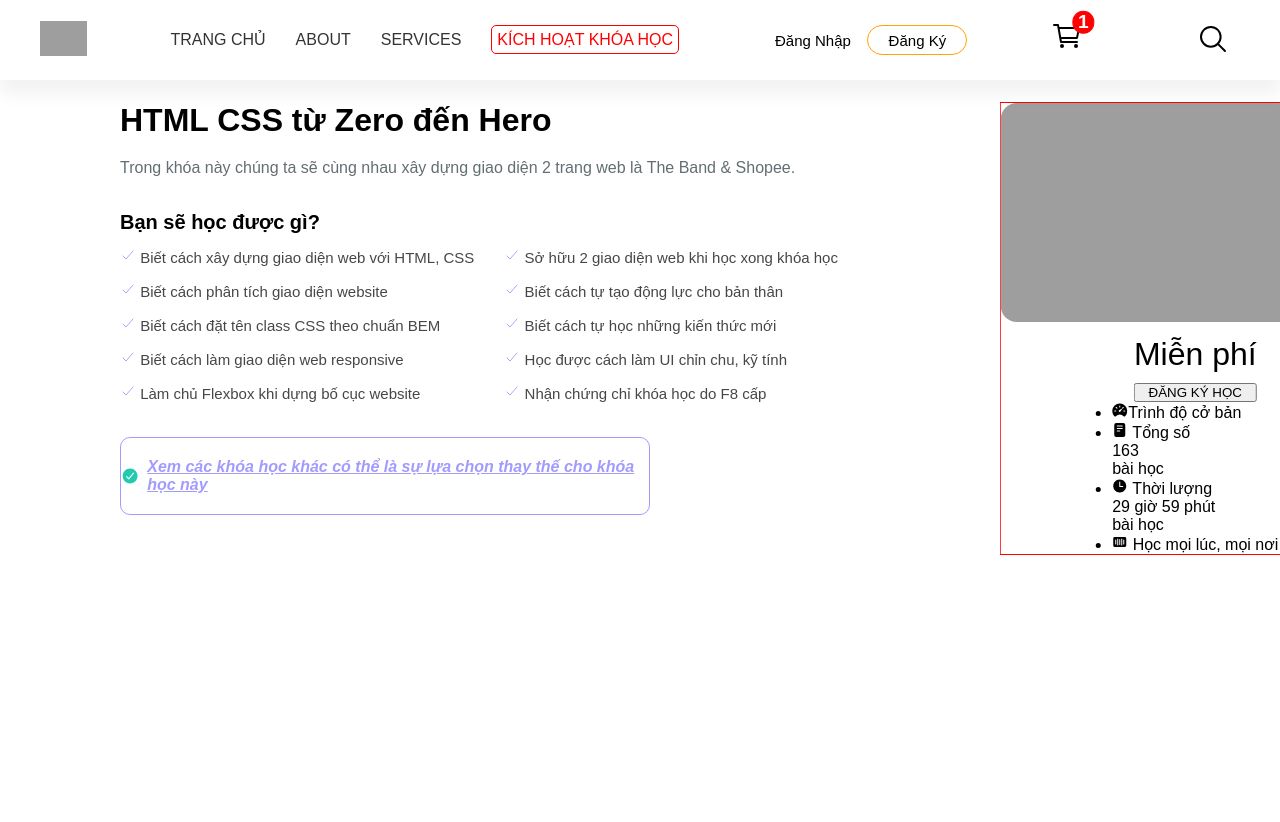
Repository: hoanghuuphuc/hoanghuuphuc
Page: details.html
An editor plug-in stored every save of this project. The page is shown before and after the next save, followed by the edit.
The browser window is 1280 px wide. The pictures show the whole page.
Pictures or frames that could not be fetched are drawn as grey boxes.

Above is the page before, as saved 2022-12-11 22:21:22.
Console error: TypeError: Cannot read properties of null (reading 'addEventListener')

### details.html
<!DOCTYPE html>
<html lang="en">
  <head>
    <meta charset="UTF-8" />
    <meta http-equiv="X-UA-Compatible" content="IE=edge" />
    <meta name="viewport" content="width=device-width, initial-scale=1.0" />
    <title>Product-Details</title>
    <link rel="stylesheet" href="./style.css" />
    <link rel="stylesheet" href="./rps_mobile.css" />
    <link rel="preconnect" href="https://fonts.gstatic.com" />
  </head>
  <body>
    <header>
      <div class="logo">
        <a href="">
          <img id="img" src="./Img/logene.jfif" alt="" />
        </a>
      </div>
      <div class="group">
        <ul class="navigation">
          <li><a href="">Trang Chủ</a></li>
          <li><a href="">About</a></li>
          <li><a href="">Services</a></li>
          <li><a id="active" href="">Kích Hoạt Khóa Học</a></li>
        </ul>
      </div>
      <div class="User">
        <div class="but">
          <button>Đăng Nhập</button>
          <button>Đăng Ký</button>
        </div>
      </div>
      <div class="icons">
        <ion-icon name="cart-outline"></ion-icon>
        <span>1</span>
      </div>
      <div class="search">
        <span class="icon">
          <ion-icon name="search-outline" class="searchBtn"></ion-icon>
          <ion-icon name="close-outline" class="closeBtn"></ion-icon>
        </span>
      </div>
      <ion-icon name="menu-outline" class="menuToggle"></ion-icon>
      <div class="searchBox">
        <input type="text" placeholder="Search here . . ." />
      </div>
    </header>
    <div class="details-section">
      <div class="details-left">
        <div class="details-left-name">
          <h1>HTML CSS từ Zero đến Hero</h1>
          <span
            >Trong khóa này chúng ta sẽ cùng nhau xây dựng giao diện 2 trang web
            là The Band & Shopee.</span
          >
        </div>
        <span class="bonus">Bạn sẽ học được gì?</span>
        <div class="details-left-content">
          <ul>
            <li>
              <ion-icon name="checkmark-outline"></ion-icon>
              Biết cách xây dựng giao diện web với HTML, CSS
            </li>
            <li>
              <ion-icon name="checkmark-outline"></ion-icon>
              Biết cách phân tích giao diện website
            </li>
            <li>
              <ion-icon name="checkmark-outline"></ion-icon>
              Biết cách đặt tên class CSS theo chuẩn BEM
            </li>
            <li>
              <ion-icon name="checkmark-outline"></ion-icon>
              Biết cách làm giao diện web responsive
            </li>
            <li>
              <ion-icon name="checkmark-outline"></ion-icon>
              Làm chủ Flexbox khi dựng bố cục website
            </li>
          </ul>
          <ul>
            <li>
              <ion-icon name="checkmark-outline"></ion-icon>
              Sở hữu 2 giao diện web khi học xong khóa học
            </li>
            <li>
              <ion-icon name="checkmark-outline"></ion-icon>
              Biết cách tự tạo động lực cho bản thân
            </li>
            <li>
              <ion-icon name="checkmark-outline"></ion-icon>
              Biết cách tự học những kiến thức mới
            </li>
            <li>
              <ion-icon name="checkmark-outline"></ion-icon>
              Học được cách làm UI chỉn chu, kỹ tính
            </li>
            <li>
              <ion-icon name="checkmark-outline"></ion-icon>
              Nhận chứng chỉ khóa học do F8 cấp
            </li>
          </ul>
        </div>
        <div class="details-left-tag">
          <ion-icon name="checkmark-circle"></ion-icon>
          <a href="#">
            Xem các khóa học khác có thể là sự lựa chọn thay thế cho khóa học
            này
          </a>
        </div>
      </div>
      <div class="details-right">
        <div class="details-right-video">
          <iframe
            width="389"
            height="219"
            src="https://www.youtube.com/embed/YTDHcEJs684"
            title="YouTube video player"
            frameborder="0"
            allow="accelerometer; autoplay; clipboard-write; encrypted-media; gyroscope; picture-in-picture"
            allowfullscreen></iframe>
        </div>
        <div class="details-right-content1">
          <span>Miễn phí</span>
          <button>ĐĂNG KÝ HỌC</button>
        </div>
        <div class="details-right-content2">
          <ul>
            <li>
              <ion-icon name="speedometer"></ion-icon
              ><span>Trình độ cở bản</span>
            </li>
            <li>
              <ion-icon name="reader"></ion-icon>
              <span
                >Tổng số
                <p>163</p>
                bài học</span
              >
            </li>
            <li>
              <ion-icon name="time"></ion-icon>
              <span
                ><span
                  >Thời lượng
                  <p>29 giờ 59 phút</p>
                  bài học</span
                ></span
              >
            </li>
            <li>
              <ion-icon name="barcode"></ion-icon
              ><span> Học mọi lúc, mọi nơi </span>
            </li>
          </ul>
        </div>
      </div>
    </div>

    <script src="./app.js"></script>
    <script
      type="module"
      src="https://unpkg.com/ionicons@5.5.2/dist/ionicons/ionicons.esm.js"></script>
    <script
      nomodule
      src="https://unpkg.com/ionicons@5.5.2/dist/ionicons/ionicons.js"></script>
  </body>
</html>

### style.css
* {
  margin: 0;
  padding: 0;
  box-sizing: border-box;
  font-family: "Poppins", sans-serif;
}
body {
  min-height: 100vh;
  overflow-x: hidden;
}
header {
  position: absolute;
  position: fixed;
  z-index: 100;
  top: 0;
  left: 0;
  width: 100%;
  height: 80px;
  background: #fff;
  padding: 20px 40px;
  display: flex;
  justify-content: space-between;
  align-items: center;
  box-shadow: 0px 15px 15px rgba(0, 0, 0, 0.05);
}
.logo img {
  height: 35px;
}
.group {
  display: flex;
  align-items: center;
}
header ul {
  position: relative;
  display: flex;
  gap: 30px;
}
header ul li {
  list-style: none;
}
header ul li a {
  position: relative;
  text-decoration: none;
  font-size: 1em;
  color: #333;
  text-transform: uppercase;
}
header ul li #active {
  border: 1px solid red;
  padding: 5px;
  color: red;
  border-radius: 5px;
}
header ul li a::before {
  content: "";
  position: absolute;
  bottom: -2px;
  width: 100%;
  height: 2px;
  background: #333;
  transform: scaleX(0);
  transition: transform 0.5s ease-in-out;
  transform-origin: right;
}
header ul li a:hover {
  opacity: 0.5;
}
header .User {
  display: flex;
  align-items: center;
}
header .User .but button:nth-child(1) {
  color: #000;
  font-size: 15px;
  height: 30px;
  width: 100px;
  outline: none;
  border: none;
  background: #fff;
}
header .User .but button:nth-child(2) {
  color: #000;
  font-size: 15px;
  height: 30px;
  width: 100px;
  border: 1px solid orange;
  background: #fff;
  border-radius: 15px;
}
header .User .but button:hover {
  opacity: 0.5;
}
header .icons {
  font-size: 2em;
  position: relative;
}
header .icons span {
  position: absolute;
  top: 0%;
  right: 0%;
  line-height: 5%;
  margin-bottom: 50px;
  font-size: 60%;
  color: #fff;
  border: 1px solid red;
  background: red;
  padding: 10px 5px 10px 5px;
  text-align: center;
  font-family: Arial, Helvetica, sans-serif;
  transform: translateX(50%) translateY(-40%);
  border-radius: 100%;
  font-weight: bold;
}
header .search {
  position: relative;
  display: flex;
  justify-content: center;
  align-items: center;
  font-size: 2em;
  z-index: 10;
  cursor: pointer;
}
.searchBox {
  position: absolute;
  right: -100%;
  width: 100%;
  height: 100%;
  display: flex;
  background: #fff;
  align-items: center;
  padding: 0 30px;
  transition: 0.5s ease-in-out;
}
.searchBox.active {
  right: 0;
}
.searchBox input {
  width: 100%;
  border: none;
  outline: none;
  height: 50px;
  color: #333;
  font-size: 1.25em;
  background: #fff;
  border-bottom: 1px solid rgba(0, 0, 0, 0.5);
}
.searchBtn {
  position: relative;
  left: 30px;
  top: 2.5px;
  transition: 0.5s ease-in-out;
}
.searchBtn.active {
  left: 0;
}
.closeBtn {
  opacity: 0;
  visibility: hidden;
  transition: 0.5s;
  scale: 0;
}
.closeBtn.active {
  opacity: 1;
  visibility: visible;
  transition: 0.5s;
  scale: 1;
}
.menuToggle {
  position: relative;
  display: none;
  left: 0;
}
.banner img {
  background-repeat: no-repeat;
  background-size: cover;
  margin-top: 4%;
}
.content {
  display: flex;
  flex-direction: row;
  margin-top: 50px;
  user-select: none;
  justify-content: center;
}
.content .content-1 {
  background-color: black;
  height: 2px;
  width: 200px;
}
.content .content-2 {
  font-size: 30px;
  font-family: "Segoe UI", Tahoma, Geneva, Verdana, sans-serif;
  font-weight: 600;
  padding: 10px;
  margin-top: -32px;
}
.content .content-3 {
  background-color: black;
  height: 2px;
  width: 200px;
}
.boxs {
  display: flex;
  justify-content: center;
  flex-wrap: wrap;
}
.box {
  margin-top: 10px;
  padding: 20px;
  margin: 10px;
  background: #f0f0f0;
  border-radius: 15px;
}
.box-image img {
  height: 250px;
  border-radius: 5%;
}
.box-content .box-name {
  display: flex;
  justify-content: center;
  align-items: center;
  padding: 10px;
}
.box-content .box-name span {
  font-weight: 700;
  margin-right: 5px;
  font-size: 20px;
  font-family: "Segoe UI", Tahoma, Geneva, Verdana, sans-serif;
  overflow: hidden;
  text-overflow: ellipsis;
  white-space: nowrap;
  width: 200px;
  text-align: center;
}
.box-content .box-price {
  display: flex;
  flex-direction: column;
  justify-content: center;
  padding: 5px 10px 10px 10px;
}
.box-content .box-price .price {
  padding: 0px 10px 10px 10px;
}
.price {
  overflow: hidden;
  text-overflow: ellipsis;
  white-space: nowrap;
  width: 210px;
}
.box-content .box-price .price span {
  font-size: 18px;
  font-weight: 500;
}
.box-content .box-price .price a {
  font-weight: 600;
}
.sale {
  overflow: hidden;
  text-overflow: ellipsis;
  white-space: nowrap;
  width: 210px;
}
.box-content .box-price .sale {
  padding: 0px 10px 0px 10px;
}
.box-content .box-price .sale span {
  font-size: 18px;
}
.box-content .box-price .sale a {
  font-size: 18px;
  color: red;
  font-weight: bold;
  text-decoration: none;
}
.box-btn {
  display: flex;
  justify-content: space-between;
  align-items: center;
  border-top: 1px solid #c0c0c0;
}
.box-btn button {
  padding: 5px 20px;
  font-size: 16px;
  font-weight: 500;
  font-family: "Lucida Sans", "Lucida Sans Regular", "Lucida Grande",
    "Lucida Sans Unicode", Geneva, Verdana, sans-serif;
  color: orangered;
  border: 1px solid orangered;
  border-radius: 5px;
  margin-top: 15px;
}
.box-btn button:hover {
  opacity: 0.5;
}
.box-btn ion-icon {
  font-size: 25px;
  font-weight: 500;
  color: orangered;
  margin-top: 15px;
  font-weight: 300;
}
.box-btn ion-icon:hover {
  opacity: 0.5;
}
.title {
  padding: 20px 0px 20px 150px;
}
.title span {
  font-size: 18px;
}
.tabs {
  display: flex;
  justify-content: flex-start;
  padding: 10px 150px 0px 150px;
  flex-wrap: wrap;
}
.tabs .tab-item {
  margin: 0px 0px 0px 5px;
}
.tabs .line {
  position: absolute;
  left: 0;
  bottom: 0;
  width: 0;
  height: 6px;
  border-radius: 15px;
  transition: all 0.2s ease;
}
.tab-item {
  min-width: 80px;
  padding: 5px 10px;
  font-size: 20px;
  text-align: center;
  color: #181821;
  background-color: #dee1e2;
  border-top-left-radius: 5px;
  border-top-right-radius: 5px;
  border-bottom: 5px solid transparent;
  opacity: 0.6;
  cursor: pointer;
  transition: all 0.5s ease;
  display: flex;
  justify-content: center;
  align-items: center;
  border-bottom: 2px solid #000;
}
.tab-icon {
  font-size: 24px;
  position: relative;
}
.tab-item:hover {
  opacity: 1;
  background-color: rgba(194, 53, 100, 0.05);
  border-color: rgba(194, 53, 100, 0.1);
}
.tab-item.active {
  opacity: 1;
  color: #ff4500;
  font-weight: 500;
  border-bottom: 2px solid #ff4500;
}
.tab-content {
  padding: 28px 0px 0px 150px;
}
.tab-pane {
  color: #333;
  display: none;
}
.tab-pane.active {
  display: block;
}
.tab-pane h2 {
  font-size: 24px;
  margin-bottom: 8px;
}
.boxeds {
  display: flex;
  flex-wrap: wrap;
}
.boxed {
  margin-top: 10px;
  padding: 20px;
  margin: 20px 20px 10px 0px;
  background: #f0f0f0;
  border-radius: 15px;
}
.boxed-image img {
  height: 250px;
  width: auto;
  border-radius: 10px;
  overflow: hidden;
  object-fit: cover;
}
.boxed-content .boxed-content-name {
  display: flex;
  justify-content: center;
  align-items: center;
  padding: 10px;
}
.boxed-content-name span {
  font-weight: 600;
  margin-right: 5px;
  font-size: 20px;
  font-family: "Segoe UI", Tahoma, Geneva, Verdana, sans-serif;
  overflow: hidden;
  text-overflow: ellipsis;
  white-space: nowrap;
  width: 200px;
  text-align: center;
  font-weight: 700;
}
.boxed-content-price {
  padding: 5px 10px 10px 10px;
}
.boxed-content-price1 span {
  font-size: 18px;
  font-weight: 500;
}
.boxed-content-price1 a {
  font-weight: 600;
}
.boxed-content-sale {
  padding: 10px 10px 10px 0px;
}
.boxed-content-sale span {
  font-size: 18px;
  font-weight: 500;
}
.boxed-content-sale a {
  font-weight: 600;
  color: red;
}
.boxed-content-btn {
  display: flex;
  justify-content: space-between;
  align-items: center;
  border-top: 1px solid #c0c0c0;
}
.boxed-content-btn button {
  padding: 5px 20px;
  font-size: 16px;
  font-weight: 500;
  font-family: "Lucida Sans", "Lucida Sans Regular", "Lucida Grande",
    "Lucida Sans Unicode", Geneva, Verdana, sans-serif;
  color: orangered;
  border: 1px solid orangered;
  border-radius: 5px;
  margin-top: 15px;
}
.boxed-content-btn button:hover {
  opacity: 0.5;
}
.boxed-content-btn ion-icon {
  font-size: 25px;
  font-weight: 500;
  color: orangered;
  margin-top: 15px;
  font-weight: 300;
}
.boxed-content-btn ion-icon:hover {
  opacity: 0.5;
}
footer {
  background: #181821;
  display: flex;
  justify-content: space-around;
  padding: 100px;
}
.footer-one a {
  font-size: 25px;
  padding: 5px;
  color: #fff;
  font-weight: 600;
}
.footer-one ul li {
  color: #a9b3bb;
  list-style: none;
  padding: 5px;
  font-size: 16px;
}
.footer-one span {
  font-style: italic;
}
.footer-two span {
  font-size: 25px;
  padding: 5px;
  color: #fff;
  font-weight: 600;
}
.footer-two ul li {
  color: #a9b3bb;
  list-style: none;
  padding: 5px;
  font-size: 16px;
}
.footer-three span {
  font-size: 25px;
  padding: 5px;
  color: #fff;
  font-weight: 600;
}
.footer-three ul li {
  color: #a9b3bb;
  list-style: none;
  padding: 5px;
  font-size: 16px;
}
.footers {
  display: flex;
  justify-content: space-around;
  background: #181821;
  padding: 10px;
  border-top: 2px solid #333;
  align-items: center;
}
.footers-text {
  color: #a9b3bb;
  font-size: 16px;
}
.footers-media img {
  width: auto;
  height: 40px;
  object-fit: cover;
  padding: 5px;
}
/* Css của form login */
.container {
  display: flex;
  justify-content: center;
  flex-direction: column;
  align-items: center;
  min-height: 100vh;
}
.form-login {
  border: 1px solid #999;
  padding: 50px 50px 30px 50px;
  width: 400px;
}
.form-login-input {
  margin: 15px 0;
}
.form-login-image {
  display: flex;
  justify-content: center;
  margin-bottom: 50px;
}
.form-input {
  border: 1px solid #999;
  border-radius: 4px;
  width: 100%;
  height: 50px;
  padding: 0 20px;
  transition: 0.25s ease;
  outline: none;
}
.form-input:focus {
  border-color: #ff4500;
}
.form-login-input {
  position: relative;
}
.form-label {
  position: absolute;
  top: 50%;
  transform: translateY(-50%);
  left: 21px;
  user-select: none;
  color: #999;
  pointer-events: none;
  transition: 0.25s ease;
}
.form-input:not(:placeholder-shown) + .form-label,
.form-input:focus + .form-label {
  top: 0;
  left: 11px;
  padding: 0 10px;
  display: inline-block;
  background-color: #fff;
  color: #ff4500;
  font-weight: 500;
  font-size: 14px;
}
.form-login-input .fa-regular {
  position: absolute;
  left: 90%;
  top: 18px;
  cursor: pointer;
}
.form-login-input .hidden {
  display: none;
}
.remember {
  display: flex;
  align-items: center;
}
.remember span {
  color: #999;
  margin-left: 10px;
}
.btn-login button {
  margin-top: 10px;
  width: 100%;
  padding: 8px;
  font-weight: 600;
  font-style: 20px;
  transition: 0.25s ease;
  font-family: "Segoe UI", Tahoma, Geneva, Verdana, sans-serif;
}
.btn-login button:hover {
  opacity: 0.5;
}
.or {
  display: flex;
  flex-direction: row;
  margin-top: 20px;
  user-select: none;
  justify-content: center;
}
.or-left {
  background-color: #999;
  height: 1px;
  width: 45%;
}
.or-center {
  font-family: "Segoe UI", Tahoma, Geneva, Verdana, sans-serif;
  font-weight: 600;
  padding: 10px;
  margin-top: -22px;
  color: #999;
}
.or-right {
  background-color: #999;
  height: 1px;
  width: 45%;
}
.forgot {
  padding-top: 20px;
  display: flex;
  justify-content: flex-end;
}
.forgot a {
  text-decoration: none;
  font-weight: 500;
  color: rgb(0, 149, 246);
}
.logins {
  display: grid;
  grid-template-columns: 1fr 3fr;
  align-items: center;
  padding: 0 10px;
}
.logins a {
  text-decoration: none;
}
.logins span {
  color: #333;
  padding-left: 10%;
  font-weight: 600;
  font-family: "Segoe UI", Tahoma, Geneva, Verdana, sans-serif;
}
.logins img {
  height: 30px;
  margin-left: 10px;
  transform: translateX(100%);
}
.login-facebook {
  margin-bottom: 10px;
}
.form-login-2 {
  border: 1px solid #999;
  padding: 20px 60px;
  margin-top: 10px;
}
.form-login-2 span a {
  text-decoration: none;
  font-weight: 600;
  color: rgb(0, 149, 246);
  font-family: "Segoe UI", Tahoma, Geneva, Verdana, sans-serif;
}
/* Css của trang chi tiết */
.details-section {
  margin-top: 8%;
  display: grid;
  grid-template-columns: 3fr 1fr;
  padding: 0 120px;
}
.details-left {
}
.details-left-name {
  margin-bottom: 20px;
}
.details-left-name h1 {
  margin-bottom: 20px;
}
.details-left-name span {
  font-weight: 300;
  color: #636e72;
}
.details-section .bonus {
  font-weight: 600;
  font-size: 20px;
  line-height: 50px;
}
.details-left-content {
  display: flex;
  flex-wrap: wrap;
  justify-content: flex-start;
  align-items: center;
}
.details-left-content ul li {
  list-style: none;
  margin-bottom: 15px;
  padding-left: 0;
  margin-right: 30px;
  font-size: 15px;
  color: #333;
  font-weight: 300;
  opacity: 0.9;
}
.details-left-content ul li ion-icon {
  color: #a29bfe;
  font-weight: bold;
  font-size: 16px;
}
.details-left-tag {
  margin-top: 20px;
  display: flex;
  align-items: center;
  justify-content: center;
  border: 1px solid #a29bfe;
  width: 68%;
  padding: 20px 0px;
  border-radius: 10px;
}
.details-left-tag ion-icon {
  margin-right: 8px;
  color: #22caaf;
  font-size: 20px;
}
.details-left-tag a {
  font-weight: 600;
  font-style: italic;
  color: #a29bfe;
  text-decoration: none;
  text-decoration-line: underline;
}
.details-right {
  display: flex;
  flex-direction: column;
  align-items: center;
  position: fixed;
  transform: translateX(225%);
  border: 1px solid red;
}
.details-right-video iframe {
  border-radius: 16px;
}
.details-right-content1 {
  display: flex;
  flex-direction: column;
  margin-top: 10px;
}
.details-right-content1 span {
  margin-bottom: 10px;
  font-size: 32px;
  user-select: none;
}
.details-right-content2 {
}

### app.js
let searchBtn = document.querySelector(".searchBtn");
let closeBtn = document.querySelector(".closeBtn");
let searchBox = document.querySelector(".searchBox");
let navigation = document.querySelector(".navigation");
let menuToggle = document.querySelector(".menuToggle");
let header = document.querySelector("header");
searchBtn.onclick = function () {
  searchBox.classList.add("active");
  closeBtn.classList.add("active");
  searchBtn.classList.add("active");
  menuToggle.classList.add("hide");
  header.classList.remove("open");
};
closeBtn.onclick = function () {
  searchBox.classList.remove("active");
  closeBtn.classList.remove("active");
  searchBtn.classList.remove("active");
  menuToggle.classList.remove("hide");
};
menuToggle.onclick = function () {
  header.classList.toggle("open");
  searchBox.classList.remove("active");
  closeBtn.classList.remove("active");
  searchBtn.classList.remove("active");
};
const $ = document.querySelector.bind(document);
const $$ = document.querySelectorAll.bind(document);

const tabs = $$(".tab-item");
const panes = $$(".tab-pane");

const tabActive = $(".tab-item.active");
const line = $(".tabs .line");

// SonDN fixed - Active size wrong size on first load.
// Original post: https://www.facebook.com/groups/649972919142215/?multi_permalinks=1175881616551340
requestIdleCallback(function () {
  line.style.left = tabActive.offsetLeft + "px";
  line.style.width = tabActive.offsetWidth + "px";
});

tabs.forEach((tab, index) => {
  const pane = panes[index];

  tab.onclick = function () {
    $(".tab-item.active").classList.remove("active");
    $(".tab-pane.active").classList.remove("active");

    line.style.left = this.offsetLeft + "px";
    line.style.width = this.offsetWidth + "px";

    this.classList.add("active");
    pane.classList.add("active");
  };
});
const input = document.querySelector(".form-input");
const eyeOpen = document.querySelector(".eye-open");
const eyeClose = document.querySelector(".eye-close");
eyeOpen.addEventListener("click", function () {
  eyeOpen.classList.add("hidden");
  eyeClose.classList.remove("hidden");
  input.setAttribute("type", "password");
});
eyeClose.addEventListener("click", function () {
  eyeOpen.classList.remove("hidden");
  eyeClose.classList.add("hidden");
  input.setAttribute("type", "text");
});

Loaded but not shown: css/rps_mobile.css (no copy from this time; the picture is the same without it)

After the next save:
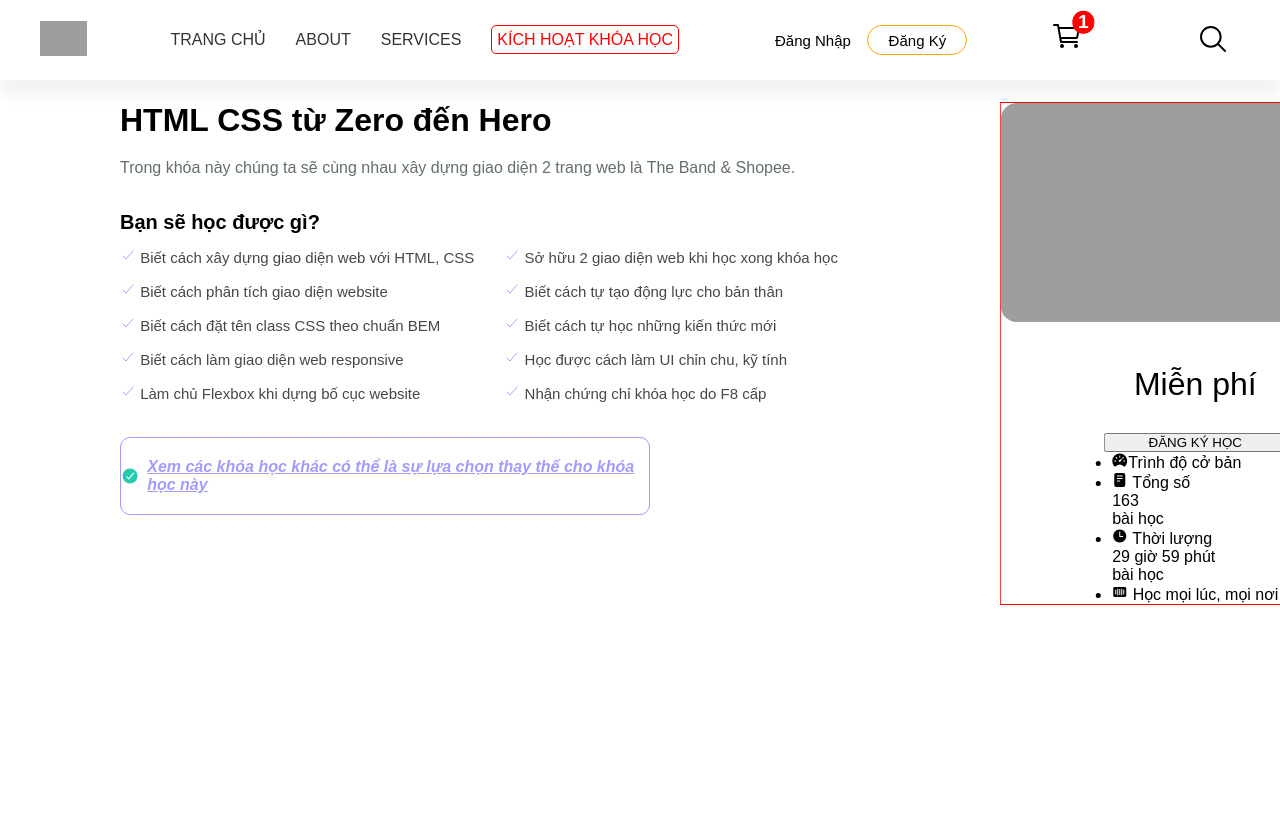
Saved 10 s later.
--- a/style.css
+++ b/style.css
@@ -761,7 +761,7 @@ footer {
   margin-top: 10px;
 }
 .details-right-content1 span {
-  margin-bottom: 10px;
+  margin: 30px;
   font-size: 32px;
   user-select: none;
 }
